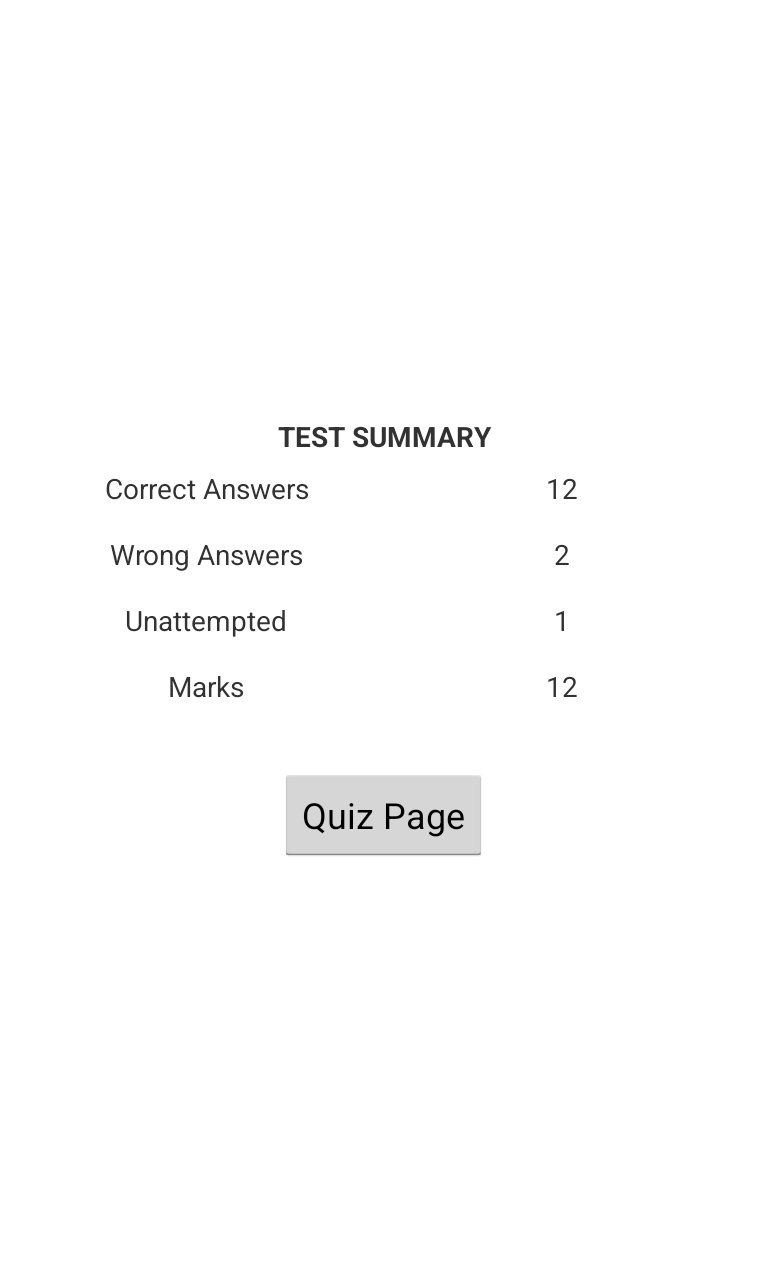
Repository: Harshil737/Career-Launcher
Layout: CareerLauncher/res/layout/activity_test_result_page.xml
The author's editor kept a copy of each file at every save. The layout is drawn from the files as they stood at one save, then again after the next save.
It is drawn on a 768 x 1280 px phone screen (xhdpi) without system bars, with theme AppTheme; the app's code is not run.

Above is the layout before, as saved 2017-11-04 12:58:48.

### CareerLauncher/res/layout/activity_test_result_page.xml
<RelativeLayout xmlns:android="http://schemas.android.com/apk/res/android"
    xmlns:tools="http://schemas.android.com/tools"
    android:layout_width="match_parent"
    android:layout_height="match_parent"
    android:paddingBottom="@dimen/activity_vertical_margin"
    android:paddingLeft="@dimen/activity_horizontal_margin"
    android:paddingRight="@dimen/activity_horizontal_margin"
    android:paddingTop="@dimen/activity_vertical_margin"
    tools:context=".TestResultPage" >

    <LinearLayout
        android:layout_width="match_parent"
        android:layout_height="wrap_content"
        android:layout_centerVertical="true"
        android:gravity="center_vertical"
        android:orientation="vertical" >

        <TextView
            android:layout_width="match_parent"
            android:layout_height="wrap_content"
            android:gravity="center_horizontal"
            android:text="TEST SUMMARY"
            android:textStyle="bold" />

        <LinearLayout
            android:layout_width="match_parent"
            android:layout_height="wrap_content"
            android:layout_margin="7dp"
            android:orientation="horizontal" >

            <TextView
                android:layout_width="0dp"
                android:layout_height="wrap_content"
                android:layout_weight="1"
                android:gravity="center_horizontal"
                android:text="Correct Answers" />

            <TextView
                android:id="@+id/test_result_tv_correct"
                android:layout_width="0dp"
                android:layout_height="wrap_content"
                android:layout_weight="1"
                android:gravity="center_horizontal"
                android:text="12" />
        </LinearLayout>

        <LinearLayout
            android:layout_width="match_parent"
            android:layout_height="wrap_content"
            android:layout_margin="7dp"
            android:orientation="horizontal" >

            <TextView
                android:layout_width="0dp"
                android:layout_height="wrap_content"
                android:layout_weight="1"
                android:gravity="center_horizontal"
                android:text="Wrong Answers" />

            <TextView
                android:id="@+id/test_result_tv_wrong"
                android:layout_width="0dp"
                android:layout_height="wrap_content"
                android:layout_weight="1"
                android:gravity="center_horizontal"
                android:text="2" />
        </LinearLayout>

        <LinearLayout
            android:layout_width="match_parent"
            android:layout_height="wrap_content"
            android:layout_margin="7dp"
            android:orientation="horizontal" >

            <TextView
                android:layout_width="0dp"
                android:layout_height="wrap_content"
                android:layout_weight="1"
                android:gravity="center_horizontal"
                android:text="Unattempted" />

            <TextView
                android:id="@+id/test_result_tv_unattempted"
                android:layout_width="0dp"
                android:layout_height="wrap_content"
                android:layout_weight="1"
                android:gravity="center_horizontal"
                android:text="1" />
        </LinearLayout>

        <LinearLayout
            android:layout_width="match_parent"
            android:layout_height="wrap_content"
            android:layout_margin="7dp"
            android:orientation="horizontal" >

            <TextView
                android:layout_width="0dp"
                android:layout_height="wrap_content"
                android:layout_weight="1"
                android:gravity="center_horizontal"
                android:text="Marks" />

            <TextView
                android:id="@+id/test_result_tv_marks"
                android:layout_width="0dp"
                android:layout_height="wrap_content"
                android:layout_weight="1"
                android:gravity="center_horizontal"
                android:text="12" />
        </LinearLayout>

        <Button
            android:id="@+id/test_result_btn_home"
            android:layout_width="wrap_content"
            android:layout_height="wrap_content"
            android:layout_gravity="center_horizontal"
            android:layout_marginTop="24dp"
            android:text="Quiz Page" />
    </LinearLayout>

</RelativeLayout>

### CareerLauncher/res/values/styles.xml
<resources>

    <style name="AppBaseTheme" parent="android:Theme.Light"></style>

    <!-- Application theme. -->
    <style name="AppTheme" parent="AppBaseTheme"></style>

</resources>

Loaded but not shown: CareerLauncher/res/values-v11/styles.xml (common file); CareerLauncher/res/values-v14/styles.xml (common file); CareerLauncher/res/values/dimens.xml (common file)

After the next save:
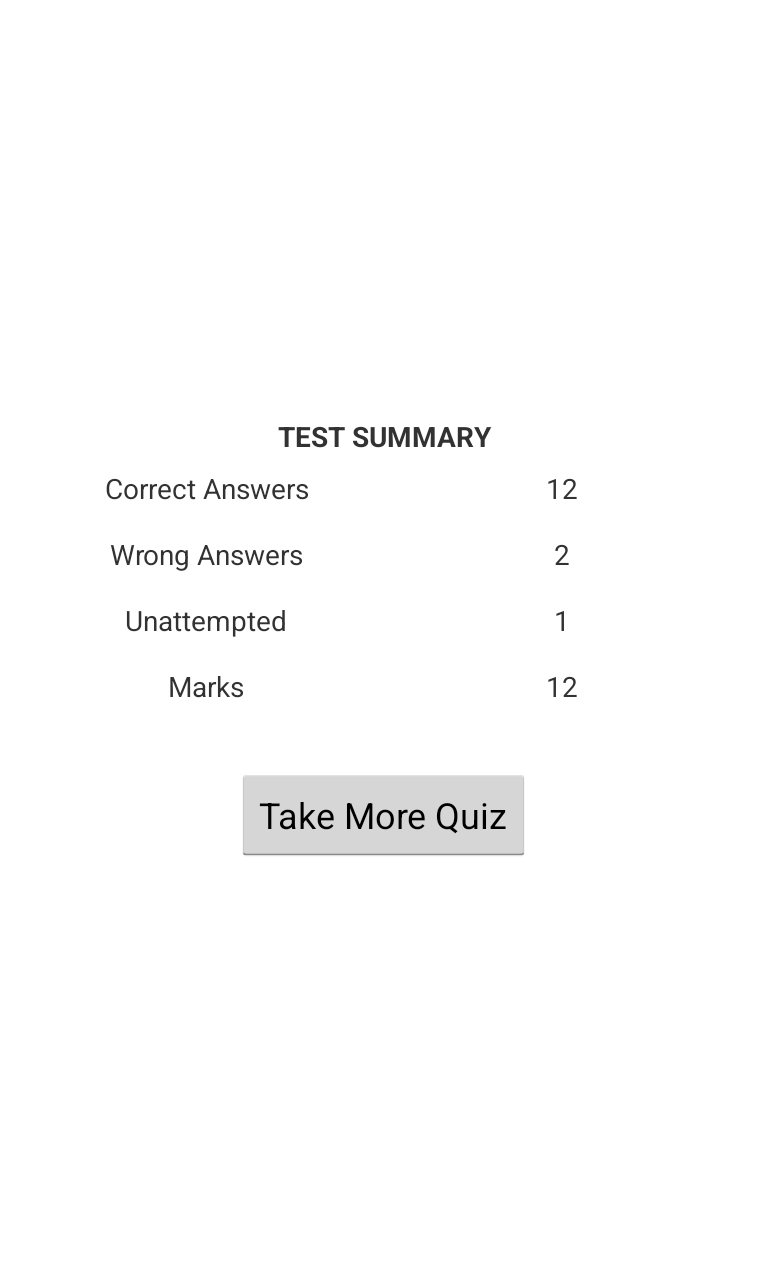
Saved 4 min 14 s later.
--- a/CareerLauncher/res/layout/activity_test_result_page.xml
+++ b/CareerLauncher/res/layout/activity_test_result_page.xml
@@ -116,7 +116,7 @@
             android:layout_height="wrap_content"
             android:layout_gravity="center_horizontal"
             android:layout_marginTop="24dp"
-            android:text="Quiz Page" />
+            android:text="Take More Quiz" />
     </LinearLayout>
 
 </RelativeLayout>
